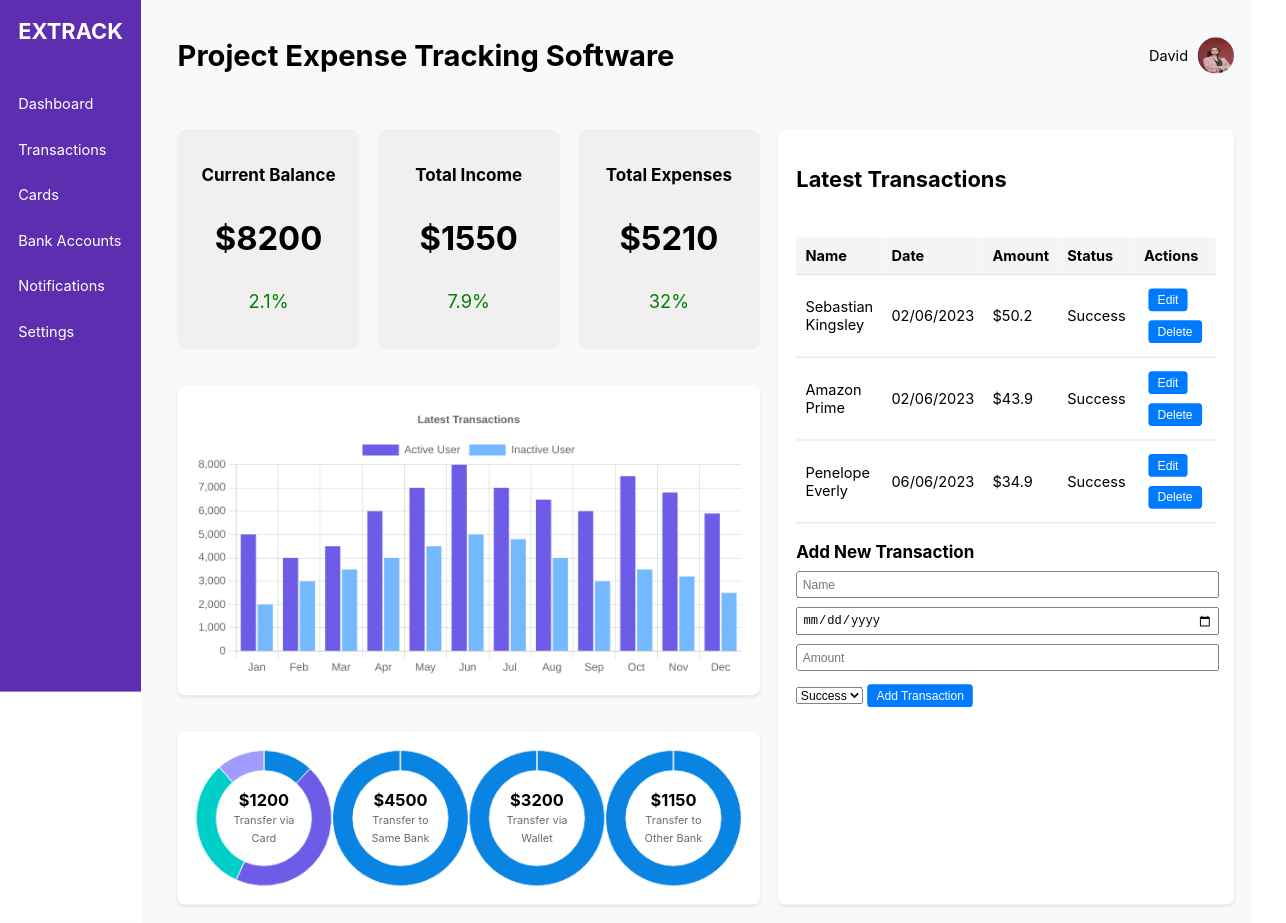
Repository: ChristhurasaRoshan/Expense-Tracker
Page: /login
The author's editor kept a copy of each file at every save. The page is drawn from the files as they stood at one save, then again after the next save.
The browser window is 1280 px wide. The page is 1376 px wide, then 1413 px, then 1376 px, so the pictures cover 1413 px, including what lies to the right of the window. The pictures show the whole page, at 91% of full size.
The project was rebuilt for these pictures with package versions that can differ from the ones it lists, and the page was loaded fresh each time.

Above is the page before, as saved 2024-08-21 22:06:35.

### src/App.js
import React from 'react';
import { Provider } from 'react-redux'; // Import Provider from react-redux
import store from './store'; // Import the Redux store
import Sidebar from '../src/Components/Sidebar';
import Header from '../src/Components/Header';
import Dashboard from '../src/Components/Dashboard';
import './App.css';

function App() {
  return (
    <Provider store={store}> {/* Wrap the app with Provider */}
      <div className="app">
        <Sidebar />
        <div className="main-content">
          <Header />
          <Dashboard />
        </div>
      </div>
    </Provider>
  );
}

export default App;

### src/store.js
import { configureStore } from '@reduxjs/toolkit';
import transactionReducer from './slices/transactionSlice';

const store = configureStore({
  reducer: {
    transactions: transactionReducer,
  },
});

export default store;

### src/Components/Sidebar.jsx
import React from 'react';
import '../Styles/Sidebar.css';

const Sidebar = () => {
  return (
    <div className="sidebar">
      <div className="logo">EXTRACK</div>
      <ul>
        <li>Dashboard</li>
        <li>Transactions</li>
        <li>Cards</li>
        <li>Bank Accounts</li>
        <li>Notifications</li>
        <li>Settings</li>
      </ul>
    </div>
  );
};

export default Sidebar;

### src/Components/Header.jsx
import React from 'react';
import '../Styles/Header.css';

const Header = () => {
  return (
    <div className="header">
      <h1>Project Expense Tracking Software</h1>
      <div className="user-profile">
        <span>David</span>
        <img src="user-profile.jpg" alt="Profile" />
      </div>
    </div>
  );
};

export default Header;

### src/Components/Dashboard.jsx
import React from 'react';
import Card from './Card';
import TransactionList from './TransactionList';
import ExpenseChart from './ExpenseChart';
import AmountTransfer from './AmountTransfer';
import '../Styles/Dashboard.css';

const Dashboard = () => {
  return (
    <div className="dashboard">
      <div className="dashboard-left">
        <div className="dashboard-header">
          <Card title="Current Balance" amount="$8200" percentage="2.1%" />
          <Card title="Total Income" amount="$1550" percentage="7.9%" />
          <Card title="Total Expenses" amount="$5210" percentage="32%" />
        </div>
        <ExpenseChart />
        <AmountTransfer />
      </div>
      <div className="dashboard-right">
        <div className="latest-transactions">
          <h2>Latest Transactions</h2>
          <TransactionList />
        </div>
      </div>
    </div>
  );
};

export default Dashboard;

### src/App.css
.app {
  display: flex;
}

.main-content {
  flex: 1;
  background-color: #f8f9fa;
  padding-left: 20px;
}

### src/slices/transactionSlice.js
import { createSlice } from '@reduxjs/toolkit';

const initialState = [
  { id: 1, name: "Sebastian Kingsley", date: "02/06/2023", amount: "$50.2", status: "Success" },
  { id: 2, name: "Amazon Prime", date: "02/06/2023", amount: "$43.9", status: "Success" },
  { id: 3, name: "Penelope Everly", date: "06/06/2023", amount: "$34.9", status: "Success" },
];

const transactionSlice = createSlice({
  name: 'transactions',
  initialState,
  reducers: {
    addTransaction: (state, action) => {
        return state.filter(transaction => transaction.id !== action.payload);
    },
    deleteTransaction: (state, action) => {
      return state.filter(transaction => transaction.id !== action.payload);
    },
    updateTransaction: (state, action) => {
      const index = state.findIndex(transaction => transaction.id === action.payload.id);
      if (index !== -1) {
        state[index] = { ...state[index], ...action.payload };
      }
    },
  },
});

export const { addTransaction, deleteTransaction, updateTransaction } = transactionSlice.actions;
export default transactionSlice.reducer;

### src/Styles/Sidebar.css
.sidebar {
    width: 250px;
    background-color: #5d2eaf;
    color: white;
    height: 100vh;
    padding: 20px;
  }

  .logo {
    font-size: 24px;
    font-weight: bold;
    margin-bottom: 40px;
  }

  .sidebar ul {
    list-style: none;
    padding: 0;
  }

  .sidebar ul li {
    padding: 15px 0;
    cursor: pointer;
  }

  .sidebar ul li:hover {
    background-color: rgba(255, 255, 255, 0.1);
  }

### src/Styles/Header.css
.header {
    display: flex;
    justify-content: space-between;
    align-items: center;
    padding: 20px;
  }

  .user-profile {
    display: flex;
    align-items: center;
  }

  .user-profile span {
    margin-right: 10px;
  }

  .user-profile img {
    width: 40px;
    height: 40px;
    border-radius: 50%;
  }

### src/Components/Card.jsx
import React from 'react';
import '../Styles/Card.css';

const Card = ({ title, amount, percentage }) => {
  return (
    <div className="card">
      <h3>{title}</h3>
      <p className="amount">{amount}</p>
      <p className="percentage">{percentage}</p>
    </div>
  );
};

export default Card;

### src/Components/TransactionList.jsx
import React, { useState } from 'react';
import { useSelector, useDispatch } from 'react-redux';
import { addTransaction, deleteTransaction, updateTransaction } from '../slices/transactionSlice';
import '../Styles/TransactionList.css';

const TransactionList = () => {
  const transactions = useSelector((state) => state.transactions);
  const dispatch = useDispatch();

  const [newTransaction, setNewTransaction] = useState({ name: '', date: '', amount: '', status: 'Success' });
  const [editTransaction, setEditTransaction] = useState(null);

  const handleAddTransaction = () => {
    if (newTransaction.name && newTransaction.date && newTransaction.amount) {
      dispatch(addTransaction(newTransaction));
      setNewTransaction({ name: '', date: '', amount: '', status: 'Success' });
    }
  };

  const handleUpdateTransaction = (id) => {
    if (editTransaction) {
      dispatch(updateTransaction({ id, ...editTransaction }));
      setEditTransaction(null);
    }
  };

  const handleEditClick = (transaction) => {
    setEditTransaction(transaction);
  };

  const handleDelete = (id) => {
    const isConfirmed = window.confirm("Are you sure you want to delete this transaction?");
    if (isConfirmed) {
      dispatch(deleteTransaction(id));
    }
  };

  return (
    <div className="transaction-list">
      <table>
        <thead>
          <tr>
            <th>Name</th>
            <th>Date</th>
            <th>Amount</th>
            <th>Status</th>
            <th>Actions</th>
          </tr>
        </thead>
        <tbody>
          {transactions.map((transaction) => (
            <tr key={transaction.id}>
              <td>
                {editTransaction && editTransaction.id === transaction.id ? (
                  <input
                    type="text"
                    value={editTransaction.name}
                    onChange={(e) => setEditTransaction({ ...editTransaction, name: e.target.value })}
                  />
                ) : (
                  transaction.name
                )}
              </td>
              <td>
                {editTransaction && editTransaction.id === transaction.id ? (
                  <input
                    type="date"
                    value={editTransaction.date}
                    onChange={(e) => setEditTransaction({ ...editTransaction, date: e.target.value })}
                  />
                ) : (
                  transaction.date
                )}
              </td>
              <td>
                {editTransaction && editTransaction.id === transaction.id ? (
                  <input
                    type="text"
                    value={editTransaction.amount}
                    onChange={(e) => setEditTransaction({ ...editTransaction, amount: e.target.value })}
                  />
                ) : (
                  transaction.amount
                )}
              </td>
              <td>
                {editTransaction && editTransaction.id === transaction.id ? (
                  <select
                    value={editTransaction.status}
                    onChange={(e) => setEditTransaction({ ...editTransaction, status: e.target.value })}
                  >
                    <option value="Success">Success</option>
                    <option value="Fail">Fail</option>
                  </select>
                ) : (
                  transaction.status
                )}
              </td>
              <td>
                {editTransaction && editTransaction.id === transaction.id ? (
                  <button onClick={() => handleUpdateTransaction(transaction.id)}>Save</button>
                ) : (
                  <button onClick={() => handleEditClick(transaction)}>Edit</button>
                )}
                <button onClick={() => handleDelete(transaction.id)}>Delete</button>
              </td>
            </tr>
          ))}
        </tbody>
      </table>

      <div className="add-transaction">
        <h3>Add New Transaction</h3>
        <input
          type="text"
          placeholder="Name"
          value={newTransaction.name}
          onChange={(e) => setNewTransaction({ ...newTransaction, name: e.target.value })}
        />
        <input
          type="date"
          placeholder="Date"
          value={newTransaction.date}
          onChange={(e) => setNewTransaction({ ...newTransaction, date: e.target.value })}
        />
        <input
          type="text"
          placeholder="Amount"
          value={newTransaction.amount}
          onChange={(e) => setNewTransaction({ ...newTransaction, amount: e.target.value })}
        />
        <select
          value={newTransaction.status}
          onChange={(e) => setNewTransaction({ ...newTransaction, status: e.target.value })}
        >
          <option value="Success">Success</option>
          <option value="Fail">Fail</option>
        </select>
        <button onClick={handleAddTransaction}>Add Transaction</button>
      </div>
    </div>
  );
};

export default TransactionList;

### src/Components/ExpenseChart.jsx
import React from 'react';
import { Bar } from 'react-chartjs-2';
import { Chart as ChartJS, CategoryScale, LinearScale, BarElement, Title, Tooltip, Legend } from 'chart.js';
import '../Styles/ExpenseChart.css';


ChartJS.register(CategoryScale, LinearScale, BarElement, Title, Tooltip, Legend);

const ExpenseChart = () => {
  const data = {
    labels: ['Jan', 'Feb', 'Mar', 'Apr', 'May', 'Jun', 'Jul', 'Aug', 'Sep', 'Oct', 'Nov', 'Dec'],
    datasets: [
      {
        label: 'Active User',
        data: [5000, 4000, 4500, 6000, 7000, 8000, 7000, 6500, 6000, 7500, 6800, 5900],
        backgroundColor: '#6c5ce7',
      },
      {
        label: 'Inactive User',
        data: [2000, 3000, 3500, 4000, 4500, 5000, 4800, 4000, 3000, 3500, 3200, 2500],
        backgroundColor: '#74b9ff',
      },
    ],
  };

  const options = {
    responsive: true,
    plugins: {
      legend: {
        position: 'top',
      },
      title: {
        display: true,
        text: 'Latest Transactions',
      },
    },
  };

  return (
    <div className="chart-container">
      <Bar data={data} options={options} />
    </div>
  );
};

export default ExpenseChart;

### src/Components/AmountTransfer.jsx
import React from 'react';
import { Doughnut } from 'react-chartjs-2';
import { Chart as ChartJS, ArcElement, Tooltip, Legend } from 'chart.js';
import '../Styles/AmountTransfer.css';

ChartJS.register(ArcElement, Tooltip, Legend);

const AmountTransfer = () => {
  const data = {
    labels: ['Transfer via Card', 'Transfer to Same Bank', 'Transfer via Wallet', 'Transfer to Other Bank'],
    datasets: [
      {
        data: [1200, 4500, 3200, 1150],
        backgroundColor: ['#0984e3', '#6c5ce7', '#00cec9', '#a29bfe'],
        hoverBackgroundColor: ['#74b9ff', '#a29bfe', '#81ecec', '#dfe6e9'],
        borderWidth: 1,
      },
    ],
  };

  const options = {
    responsive: true,
    plugins: {
      legend: {
        display: false,
      },
    },
    cutout: '70%',
  };

  return (
    <div className="amount-transfer-container">
      <div className="doughnut-chart">
        <Doughnut data={data} options={options} />
        <div className="chart-label">
          <p>$1200</p>
          <span>Transfer via Card</span>
        </div>
      </div>
      <div className="doughnut-chart">
        <Doughnut data={{ ...data, datasets: [{ ...data.datasets[0], data: [4500] }] }} options={options} />
        <div className="chart-label">
          <p>$4500</p>
          <span>Transfer to Same Bank</span>
        </div>
      </div>
      <div className="doughnut-chart">
        <Doughnut data={{ ...data, datasets: [{ ...data.datasets[0], data: [3200] }] }} options={options} />
        <div className="chart-label">
          <p>$3200</p>
          <span>Transfer via Wallet</span>
        </div>
      </div>
      <div className="doughnut-chart">
        <Doughnut data={{ ...data, datasets: [{ ...data.datasets[0], data: [1150] }] }} options={options} />
        <div className="chart-label">
          <p>$1150</p>
          <span>Transfer to Other Bank</span>
        </div>
      </div>
    </div>
  );
};

export default AmountTransfer;

### src/Styles/Dashboard.css
.dashboard {
    display: flex;
    gap: 20px;
    padding: 20px;
  }

  .dashboard-left {
    display: flex;
    flex-direction: column;
    gap: 20px;
  }

  .dashboard-header {
    display: flex;
    justify-content: space-between;
    gap: 20px;
  }

  .dashboard-right {
    background-color: #fff;
    padding: 20px;
    border-radius: 8px;
    box-shadow: 0 2px 4px rgba(0, 0, 0, 0.1);
  }

  .latest-transactions {
    margin-top: 20px;
  }

  .latest-transactions h2 {
    margin-bottom: 20px;
  }

  .chart-container,
  .amount-transfer-container {
    background-color: #fff;
    padding: 20px;
    border-radius: 8px;
    box-shadow: 0 2px 4px rgba(0, 0, 0, 0.1);
  }

### src/Styles/Card.css
.card {
    background-color: #f1efef;
    border-radius: 10px;
    padding: 20px;
    width: 30%;
    text-align: center;
  }

  .card .amount {
    font-size: 36px;
    font-weight: bold;
  }

  .card .percentage {
    color: green;
    font-size: 20px;
  }

### src/Styles/TransactionList.css
.transaction-list {
  max-width: 800px;
  margin: 50px auto;
}

table {
  width: 100%;
  border-collapse: collapse;
}

th, td {
  padding: 10px;
  border-bottom: 1px solid #ddd;
}

th {
  background-color: #f4f4f4;
  text-align: left;
}

input[type="text"], input[type="date"] {
  padding: 5px;
  width: calc(100% - 10px);
  margin-bottom: 10px;
}

button {
  padding: 5px 10px;
  margin: 5px;
  border: none;
  background-color: #007BFF;
  color: white;
  cursor: pointer;
  border-radius: 4px;
}

button:hover {
  background-color: #0056b3;
}

.add-transaction {
  margin-top: 20px;
}

.add-transaction h3 {
  margin-bottom: 10px;
}

### src/Styles/ExpenseChart.css
.chart-container {
    margin-top: 20px;
  }

### src/Styles/AmountTransfer.css
.amount-transfer-container {
    display: flex;
    justify-content: space-between;
    margin-top: 20px;
  }

  .doughnut-chart {
    position: relative;
    width: 150px;
    height: 150px;
  }

  .chart-label {
    position: absolute;
    top: 50%;
    left: 50%;
    transform: translate(-50%, -50%);
    text-align: center;
  }

  .chart-label p {
    margin: 0;
    font-size: 18px;
    font-weight: bold;
  }

  .chart-label span {
    font-size: 12px;
    color: #636e72;
  }

Loaded but not shown: public/index.html (common file); src/index.js (common file); src/index.css (common file); src/reportWebVitals.js (common file)

After the next save:
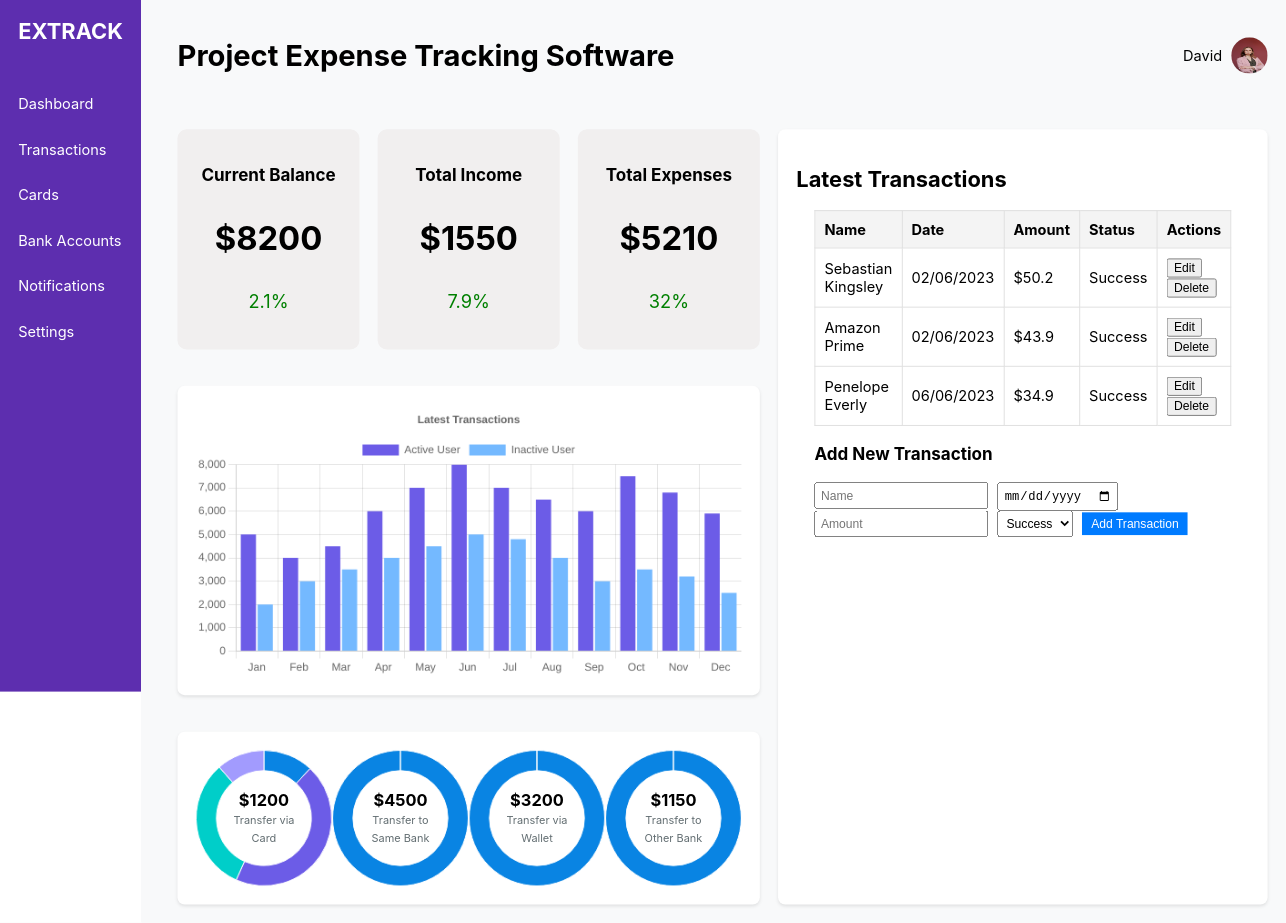
Saved 31 s later.
--- a/src/Styles/TransactionList.css
+++ b/src/Styles/TransactionList.css
@@ -1,47 +1,52 @@
 .transaction-list {
-  max-width: 800px;
-  margin: 50px auto;
+  margin: 20px;
 }
 
-table {
+.transaction-list table {
   width: 100%;
   border-collapse: collapse;
 }
 
-th, td {
+.transaction-list th, .transaction-list td {
   padding: 10px;
-  border-bottom: 1px solid #ddd;
-}
-
-th {
-  background-color: #f4f4f4;
+  border: 1px solid #ddd;
   text-align: left;
 }
 
-input[type="text"], input[type="date"] {
-  padding: 5px;
-  width: calc(100% - 10px);
-  margin-bottom: 10px;
-}
-
-button {
-  padding: 5px 10px;
-  margin: 5px;
-  border: none;
-  background-color: #007BFF;
-  color: white;
-  cursor: pointer;
-  border-radius: 4px;
-}
-
-button:hover {
-  background-color: #0056b3;
+.transaction-list th {
+  background-color: #f4f4f4;
 }
 
 .add-transaction {
   margin-top: 20px;
 }
 
-.add-transaction h3 {
-  margin-bottom: 10px;
+.add-transaction input,
+.add-transaction select {
+  margin-right: 10px;
+  padding: 5px;
 }
+
+.add-transaction button {
+  padding: 5px 10px;
+  background-color: #007bff;
+  color: white;
+  border: none;
+  cursor: pointer;
+}
+
+.add-transaction button:hover {
+  background-color: #0056b3;
+}
+
+.delete-btn {
+  background-color: red;
+  color: white;
+  border: none;
+  padding: 5px 10px;
+  cursor: pointer;
+}
+
+.delete-btn:hover {
+  background-color: darkred;
+}

After the save that followed:
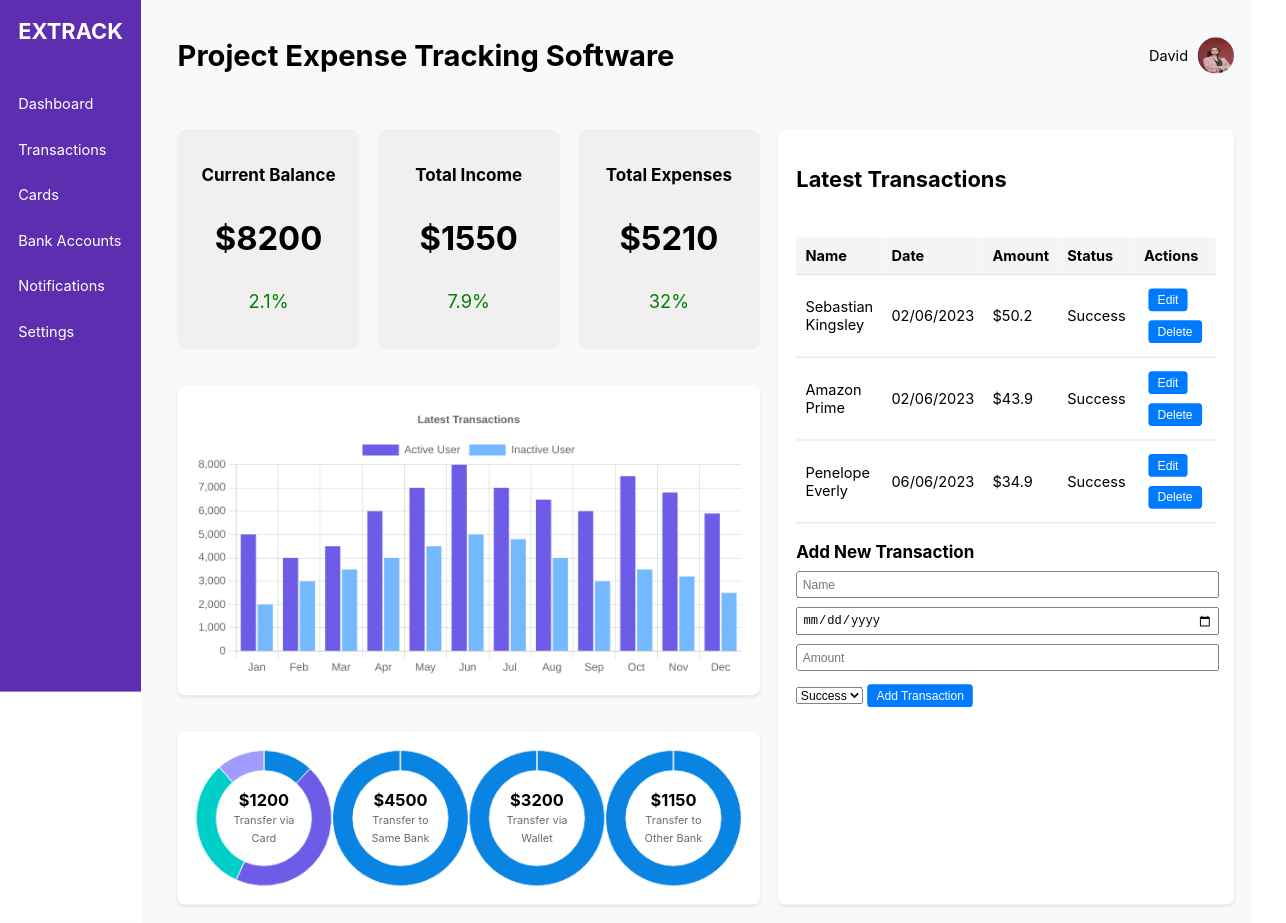
Saved 11 s later.
--- a/src/Styles/TransactionList.css
+++ b/src/Styles/TransactionList.css
@@ -1,52 +1,47 @@
 .transaction-list {
-  margin: 20px;
+  max-width: 800px;
+  margin: 50px auto;
 }
 
-.transaction-list table {
+table {
   width: 100%;
   border-collapse: collapse;
 }
 
-.transaction-list th, .transaction-list td {
+th, td {
   padding: 10px;
-  border: 1px solid #ddd;
+  border-bottom: 1px solid #ddd;
+}
+
+th {
+  background-color: #f4f4f4;
   text-align: left;
 }
 
-.transaction-list th {
-  background-color: #f4f4f4;
+input[type="text"], input[type="date"] {
+  padding: 5px;
+  width: calc(100% - 10px);
+  margin-bottom: 10px;
+}
+
+button {
+  padding: 5px 10px;
+  margin: 5px;
+  border: none;
+  background-color: #007BFF;
+  color: white;
+  cursor: pointer;
+  border-radius: 4px;
+}
+
+button:hover {
+  background-color: #0056b3;
 }
 
 .add-transaction {
   margin-top: 20px;
 }
 
-.add-transaction input,
-.add-transaction select {
-  margin-right: 10px;
-  padding: 5px;
+.add-transaction h3 {
+  margin-bottom: 10px;
 }
-
-.add-transaction button {
-  padding: 5px 10px;
-  background-color: #007bff;
-  color: white;
-  border: none;
-  cursor: pointer;
-}
-
-.add-transaction button:hover {
-  background-color: #0056b3;
-}
-
-.delete-btn {
-  background-color: red;
-  color: white;
-  border: none;
-  padding: 5px 10px;
-  cursor: pointer;
-}
-
-.delete-btn:hover {
-  background-color: darkred;
-}
